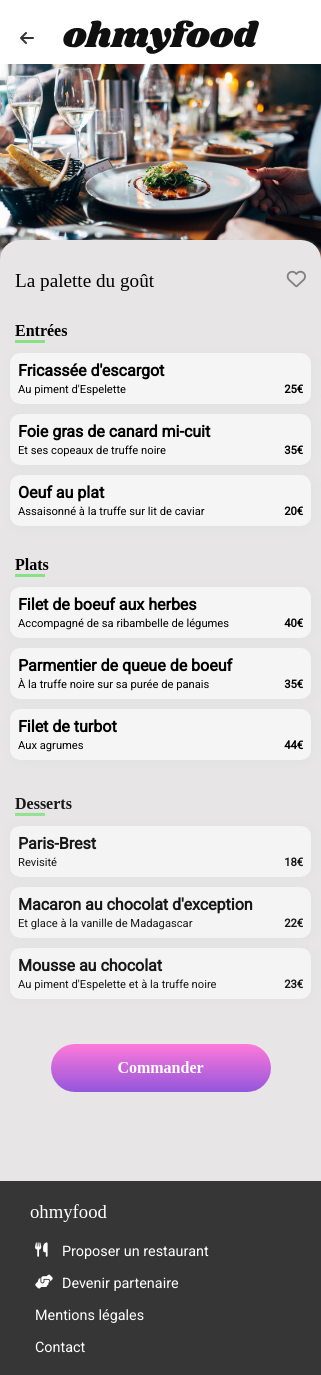
Repository: Micka-17/boimickael_3_16042021
Page: pages/la_palette_du_gout.html
An editor plug-in stored every save of this project. The page is shown before and after the next save, followed by the edit.
The browser window is 321 px wide. The pictures show the whole page.
Some web fonts or font styles are not loaded; a fallback is used. Some web libraries are served in a nearby version. The style sheet was rebuilt from its Sass, Less or Tailwind sources for each picture, by a compiler version that may differ from the author's.

Above is the page before, as saved 2021-05-25 08:36:09.

### pages/la_palette_du_gout.html
<!DOCTYPE html>
<html lang="en">
  <head>
    <meta charset="UTF-8" />
    <meta http-equiv="X-UA-Compatible" content="IE=edge" />
    <meta name="viewport" content="width=device-width, initial-scale=1.0" />
    <link rel="stylesheet" href="../css/style.css" />
    <script
      src="https://kit.fontawesome.com/7f2b024bdc.js"
      crossorigin="anonymous"
    ></script>
    <title>La palette du gout</title>
  </head>
  <body class="p-ellipsis">
    <header>
      <div id="logo">
        <a href="../index.html">
          <i class="fas fa-arrow-left arrow"></i>
        </a>
        <img src="../images/logo/ohmyfood@2x.svg" alt="OhMyFood" />
      </div>
    </header>
    <div>
      <img
        class="img-top"
        src="../images/restaurants/la_palette_du_gout.jpg"
        alt="la_palette_du_gout"
      />
    </div>
    <section id="middle">
      <div id="center">
        <h2 id="margtitle">
          La palette du goût <i class="far fa-heart loves1"></i
          ><i class="fas fa-heart loves2"></i>
        </h2>
        <div id="entrees">
          <h4 class="titlemargall">Entrées</h4>
          <div class="responsive">
            <div class="entrees">
              <div class="spacediv">
                <p class="bold">Fricassée d'escargot</p>
                <p>Au piment d'Espelette</p>
              </div>
              <div class="align-price">
                <p class="bolder">25€</p>
              </div>
              <div class="check">
                <div class="rotation">
                  <i class="fas fa-check-circle rond"></i>
                </div>
              </div>
            </div>
            <div class="entrees">
              <div class="spacediv">
                <p class="bold">Foie gras de canard mi-cuit</p>
                <p>Et ses copeaux de truffe noire</p>
              </div>
              <div class="align-price">
                <p class="bolder">35€</p>
              </div>
              <div class="check">
                <div class="rotation">
                  <i class="fas fa-check-circle rond"></i>
                </div>
              </div>
            </div>
            <div class="entrees">
              <div class="spacediv">
                <p class="bold">Oeuf au plat</p>
                <p>Assaisonné à la truffe sur lit de caviar</p>
              </div>
              <div class="align-price">
                <p class="bolder">20€</p>
              </div>
              <div class="check">
                <div class="rotation">
                  <i class="fas fa-check-circle rond"></i>
                </div>
              </div>
            </div>
          </div>
        </div>
        <div id="plats">
          <h4 class="titlemargall">Plats</h4>
          <div class="responsive">
            <div class="plats">
              <div class="spacediv">
                <p class="bold">Filet de boeuf aux herbes</p>
                <p>Accompagné de sa ribambelle de légumes</p>
              </div>
              <div class="align-price">
                <p class="bolder">40€</p>
              </div>
              <div class="check">
                <div class="rotation">
                  <i class="fas fa-check-circle rond"></i>
                </div>
              </div>
            </div>
            <div class="plats">
              <div class="spacediv">
                <p class="bold">Parmentier de queue de boeuf</p>
                <p>À la truffe noire sur sa purée de panais</p>
              </div>
              <div class="align-price">
                <p class="bolder">35€</p>
              </div>
              <div class="check">
                <div class="rotation">
                  <i class="fas fa-check-circle rond"></i>
                </div>
              </div>
            </div>
            <div class="plats">
              <div class="spacediv">
                <p class="bold">Filet de turbot</p>
                <p>Aux agrumes</p>
              </div>
              <div class="align-price">
                <p class="bolder">44€</p>
              </div>
              <div class="check">
                <div class="rotation">
                  <i class="fas fa-check-circle rond"></i>
                </div>
              </div>
            </div>
          </div>
        </div>
        <div id="desserts">
          <h4 class="titlemargall">Desserts</h4>
          <div class="responsive">
            <div class="desserts">
              <div class="spacediv">
                <p class="bold">Paris-Brest</p>
                <p>Revisité</p>
              </div>
              <div class="align-price">
                <p class="bolder">18€</p>
              </div>
              <div class="check">
                <div class="rotation">
                  <i class="fas fa-check-circle rond"></i>
                </div>
              </div>
            </div>
            <div class="desserts">
              <div class="spacediv">
                <p class="bold">Macaron au chocolat d'exception</p>
                <p>Et glace à la vanille de Madagascar</p>
              </div>
              <div class="align-price">
                <p class="bolder">22€</p>
              </div>
              <div class="check">
                <div class="rotation">
                  <i class="fas fa-check-circle rond"></i>
                </div>
              </div>
            </div>
            <div class="desserts">
              <div class="spacediv">
                <p class="bold">Mousse au chocolat</p>
                <p>Au piment d'Espelette et à la truffe noire</p>
              </div>
              <div class="align-price">
                <p class="bolder">23€</p>
              </div>
              <div class="check">
                <div class="rotation">
                  <i class="fas fa-check-circle rond"></i>
                </div>
              </div>
            </div>
          </div>
        </div>
        <div id="placement-btn">
          <a href="#" id="btnp2">Commander</a>
        </div>
      </div>
    </section>
    <section class="end1">
      <footer>
        <div class="end-ul">
          <h3 id="logo-white">ohmyfood</h3>
          <ul>
            <li>
              <i class="fas fa-utensils icon-footer"></i> Proposer un restaurant
            </li>
            <li>
              <i class="fas fa-hands-helping icon-footer"></i> Devenir
              partenaire
            </li>
            <li>Mentions légales</li>
            <a id="contact" href="mailto:contact@ohmyfood.com"><li>Contact</li></a>
          </ul>
        </div>
      </footer>
    </section>
  </body>
</html>

### sass/style.scss
@import "./directories/Utils/variables-mixin";
@import "./directories/Base/main.scss";



ul {
    font-family: 'Roboto', sans-serif;
    font-size: 0.9em;
    @media (min-width: 430px) {
        max-width: 450px;
    }
        @media (min-width: 1000px) {
            display: flex;
            min-width: 100%;
        }
}

#backgroundloader {
    position: absolute;
    top: 0;
    left: 0;
    background-color: $color3;
    min-width: 100%;
    height: 100vh;
    animation: loader2 5s;
    animation-fill-mode: both;
  }
#loader {
    position: absolute;
    height: 70px;
    top: 50%;
    right: 50%;
    bottom: 50%;
    left: 50%;
    width: 64px;
    height: 64px;
    border-radius: 50%;
    border: 6px solid rgb(255, 255, 255);
    border-color: $color1 transparent $color2 transparent;
    animation: lds-dual-ring 0.8s infinite, loader 5s;
    animation-delay: 0.2s;
    animation-fill-mode: both;
  }

#contact {
    color: white;
}

.spacediv p {
    font-family: 'Roboto', sans-serif;
    text-overflow: ellipsis;
    overflow: hidden;
    white-space: nowrap;
}

#logo {
    display: flex;
    justify-content: center;
    margin-top: 20px;
    margin-bottom: 10px;
}

#paris {
    display: flex;
    justify-content: center;
    border-top: solid 3px rgba(128, 128, 128, 0.301);
    min-width: 321px;
    padding-top: 10px;
    padding-bottom: 10px;
    background-color: rgba(128, 128, 128, 0.212);
        .icon {
            margin-right: 10px;
        }
}

#reservation {
    display: flex;
    justify-content: center;
    flex-direction: column;
    place-items: center;
    background-color: rgb(238, 234, 234);
    padding-bottom: 45px;
        #btn {
            @include btn();
                &:hover {
                    filter: brightness(1.10);
                    box-shadow: 0px 0px 10px 5px gray;
                }
        }
}

#center-top1 {
    text-align: center;
    margin-top: 20px;
    max-width: 350px;
}

#center-top2 {
    margin-top: 20px;
    margin-bottom: 20px;
    text-align: center;
    max-width: 350px;
}


.icon-top {
    color: gray;
    margin-right: 15px;
    margin-left: 10px;
}

.icon-top-purple {
    color: $color1;
    margin-right: 15px;
    margin-left: 10px;
}

#li-3 {
    background-color: #9256dc36;
}

li {
    background-color: #ffffff;
    border-radius: 10px;
    padding: 18px;
    margin: 18px;
    margin-left: 25px;
    box-shadow: 1px 1px 10px 1px rgb(151, 145, 145);
        #number1 {
            position: absolute;
            top: 462px;
            left: 10px;
            background-color: $color1;
            border-radius: 50px;
            padding: 6px 10px;
            font-size: 0.8em;
            color: white;
                @media (min-width: 1000px) {
                    top: 472px;
                    left: 10px;
                }
        }
            #number2 {
                position: absolute;
                top: 534px;
                left: 10px;
                background-color: $color1;
                border-radius: 50px;
                padding: 6px 10px;
                font-size: 0.8em;
                color: white;
                    @media (min-width: 1000px) {
                        top: 472px;
                        left: 285px;
                    }
            }
                #number3 {
                    position: absolute;
                    top: 607px;
                    left: 10px;
                    background-color: $color1;
                    border-radius: 50px;
                    padding: 6px 10px;
                    font-size: 0.8em;
                    color: white;
                        @media (min-width: 1000px) {
                            top: 472px;
                            left: 553px;
                        }
                }
}

.card {
    background-color: #ffffff;
    border-radius: 10px;
    padding: 0px;
    margin: 8px;
    box-shadow: 1px 1px 10px 1px rgb(151, 145, 145);
        @media (min-width: 375px) {
            min-width: 350px;
        }
}

.imga {
    object-fit: cover;
    border-radius: 10px 10px 0px 0px;
    min-width: 280px;
    max-height: 140px;
    min-height: 140px;
    @media (min-width: 375px) {
        min-width: 100%;
    }
    @media (min-width: 414px) {
        min-width: 100%;
    }
}
.card {
    position: relative;
}
.nouveau {
    position: absolute;
    padding: 0.7rem;
    border-radius: 0.25rem;
    color: darkgreen;
    font-weight: bold;
    right: 10px;
    top: 10px;
    background-color: #99e2d0;
}

.h3s {
    margin: 40px 0px 10px 20px;

}

.choice {
    display: flex;
    flex-direction: column;
    place-items: center;
        .resto {
            display: flex;
            justify-content: space-between;
            align-items: center;
            margin: 10px;
        }
            @media (min-width: 630px) {
                flex-wrap: wrap;
                flex-direction: row;
                justify-content: center;
            }
}


footer {
    margin-top: 30px;
    padding: 10px;
    background-color: rgb(54, 54, 54);
    color: white;
        #logo-white {
            font-family: 'Shrikhand', cursive;
            font-weight: 300;
            margin-bottom: 15px;
            margin-left: 20px;
            margin-top: 10px;
        }
            li {
                background-color: transparent;
                border-radius: 0;
                padding: 5px;
                margin-left: 20px;
                box-shadow: none;
                display: flex;
                margin-top: 5px;
                margin-bottom: 5px;
            }
                .icon-footer {
                    max-width: 2px;
                    max-height: 2px;
                    margin-right: 25px;
                }
                    @media (min-width:1000px) {
                        padding: 40px;
                    }
}


//pages 2

.img-top {
    min-width: 100%;
    max-height: 510px;
}

.arrow {
    position: absolute;
    left: 20px;
    top: 30px;
    color: rgba(0, 0, 0, 0.801);
}
#margtitle {
    margin-left: 15px;
    max-width: 220px;
}
img {
    object-fit: cover;
    max-width: 320px;
}
.titlemargall {
    margin-top: 30px;
    margin-left: 15px;
    border-bottom: solid rgba(55, 224, 55, 0.541);
    max-width: 30px;
}
#middle {
    position: absolute;
    top: 240px;
    min-width: 100%;
    min-height: 980px;
    background-color: rgb(231, 229, 229);
    border-radius: 20px 20px 0px 0;
    padding-top: 30px;
     .entrees {
        @include centre();
        @include capsule();
     }
        .bold {
            font-weight: bold;
            font-size: 1em;
        }
        .bolder {
            font-weight: bold;
            font-size: 0.6m;
                @media (min-width: 1000px) {
                    margin: 15px;
                }
        }
            p {
                font-size: 0.7em;
            }
                .loves1 {
                    position: absolute;
                    right: 15px;
                    color: gray
                }
}

.loves2 {
    display: none;
    opacity: 0;
    background: linear-gradient(0deg,#9356dc,#ff79da);
    background-clip: text;
    -webkit-background-clip: text;
    -moz-background-clip: text;
    -webkit-text-fill-color: transparent;
    position: absolute;
    right: 15px;
}
#margtitle:hover .loves2 {
    animation: fadeout;
    opacity: 1;
    animation-duration: .5s;
    display: inline-block;
    justify-content: center;
}

.loves3 {
    display: none;
    opacity: 0;
    background: linear-gradient(0deg,#9356dc,#ff79da);
    background-clip: text;
    -webkit-background-clip: text;
    -moz-background-clip: text;
    -webkit-text-fill-color: transparent;
    position: absolute;
    right: 8px;
    bottom: 18px;
}
.loveclcik:hover .loves3 {
    animation: fadeout2;
    opacity: 1;
    animation-duration: .5s;
    display: inline-block;
    justify-content: center;
    font-size: 1.5em;
}

#entrees {
    animation: slideup 1s;
    animation-duration: 1s;
}
#plats {
    animation: slideup 1s;
    animation-duration: 5s;
}
#desserts {
    animation: slideup 1s;
    animation-duration: 8s;
}


.entrees, .plats, .desserts {
    cursor: pointer;
        @media (max-width:321px) {
            max-width: 200px;
        }
        @media (max-width:378px) {
            max-width: 100%;
        }
        @media (max-width:414px) {
            max-width: 100%;
        }
        @media (min-width: 1000px) {
            min-width: 30%;
            min-height: 90px;
            width: 100%;
        }
}

.spacediv {
    width: 100%;
    overflow: hidden;
    @include spacediv();
        @media (min-width: 1000px) {
            justify-content: space-evenly;
        }
}
.plats {
    @include capsule();
    @include centre();
}
.desserts {
    @include capsule();
    @include centre();
}

.responsive {
    @media (min-width: 1000px) {
        display: flex;
        justify-content: center;
    }
}

.responsive-entrees {
    @media (min-width: 1000px) {
        display: flex;
        justify-content: center;
        flex-wrap: wrap;
    }
}

#btnp2 {
    @include btn();
    margin-top: 40px;
        &:hover {
            filter: brightness(1.10);
            box-shadow: 0px 0px 10px 5px gray;
        }
         @media (min-width: 1000px) {
            margin-top: 150px;
         }
}

#placement-btn {
    display: flex;
    justify-content: center;
    place-items: center;
}

.end1 {
    position: absolute;
    top: 1151px;
    min-width: 100%;
}

//page la note enchantee

 .align-price{
    display: flex;
    align-items: flex-end;
    margin-bottom: 8px;
    margin-right: 8px;
}

.check {
    width: 0px;
    transition-duration: 1s;
    font-size: 1.5em;
     & i {
        display: none;
        place-items: center;
        color: white;
     }
}

.entrees:hover .check {
    width: 90px;
    height: 51px;
    background-color: $color3;
    display: flex;
    justify-content: center;
    border-radius: 0 20% 20% 0;
        @media (max-width: 1000px) {
            width: 65px;
        }
            & .rotation {
                display: flex;
                place-items: center;
            }
                & .rond {
                    display: flex;
                    place-items: center;
                    transform-origin: center;
                    animation: spin;
                    animation-duration: 1s;
                }
                    @media (min-width: 1000px) {
                        height: 90px;
                        border-radius: 0 10% 10% 0;
                    }
}


.plats:hover .check {
    width: 90px;
    height: 51px;
    background-color: $color3;
    display: flex;
    justify-content: center;
    border-radius: 0 20% 20% 0;
        @media (max-width: 1000px) {
            width: 65px;
        }
            & .rotation {
                display: flex;
                place-items: center;
            }
                & .rond {
                    display: flex;
                    place-items: center;
                    transform-origin: center;
                    animation: spin;
                    animation-duration: 1s;
                }
                    @media (min-width: 1000px) {
                        height: 90px;
                        border-radius: 0 10% 10% 0;
                    }
}

.desserts:hover .check {
    width: 90px;
    height: 51px;
    background-color: $color3;
    display: flex;
    justify-content: center;
    border-radius: 0 20% 20% 0;
        @media (max-width: 1000px) {
            width: 65px;
        }
            & .rotation {
                display: flex;
                place-items: center;
            }
                & .rond {
                    display: flex;
                    place-items: center;
                    transform-origin: center;
                    animation: spin;
                    animation-duration: 1s;
                }
                    @media (min-width: 1000px) {
                        height: 90px;
                        border-radius: 0 10% 10% 0;
                    }
}

### sass/directories/Utils/_variables-mixin.scss
$color1: #9356DC;
$color2: #FF79DA;
$color3: #99E2D0;

@mixin centre {
    display: flex;
    justify-content: space-between;
}

@mixin capsule {
    background-color: whitesmoke;
    border-radius: 10px;
    box-shadow: 1px 1px 10px 1px rgb(226, 226, 226);
    margin: 10px;
    overflow: hidden;
}
 @mixin spacediv {
    min-height: 35px;
    display: flex;
    flex-direction: column;
    justify-content: space-between;
    padding: 8px;
 }
@mixin btn {
    background: linear-gradient($color2, $color1);
    border-radius: 50px;
    border: none;
    box-shadow: gray;
    color: white;
    font-weight: bold;
    max-width: 200px;
    min-width: 200px;
    margin-top: 15px;
    padding: 15px 10px;
    text-align: center;
    text-decoration: none
}

@keyframes fadein {
    from {
        transform: scaleX(0);
    }

    to {
        transform: scaleX(1);
    }
}

@keyframes fadeout {
    from {
        transform: scaleY(0);
    }

    to {
        transform: scaleY(1);
    }
}
@keyframes fadeout2 {
    from {
        transform: scale(0);
    }

    to {
        transform: scale(1.5);
    }
}

@keyframes spin {
    from {
        transform: rotate(0deg);
    } to {
        transform: rotate(360deg);
    }
}

@keyframes slideup {
    from {
        transform: translateY(50px);
        opacity: 0;
    }
    to {
        transform: translateY(0px);
        opacity: 1;
    }
}


 @keyframes lds-dual-ring {
    0% {
      transform: rotate(0deg);
    }
    50% {
        transform: rotate(180deg);
        opacity: 10%;
      }
    100% {
      transform: rotate(360deg);
    }
  }

@keyframes loader {
    0% {
    opacity: 100%;
    }
    99% {
        opacity: 100%;
    }
    100% {
        opacity: 100%;
        z-index: -1000;
    }
}

@keyframes loader2 {
    0% {
    opacity: 100%;
    z-index: 9999;
    }
    99% {
        opacity: 0;
        z-index: -1000;
    }
    100% {
        opacity: 0;
        z-index: -1000;
    }
}

### sass/directories/Base/main.scss
@import url('https://fonts.googleapis.com/css2?family=Roboto&family=Shrikhand&display=swap');

* {
    margin: 0;
    padding: 0;
    text-decoration: none;
    list-style-type: none;
}
#margtitle {
    font-family: Shrikhand;
    font-weight: 100;
    font-size: 1.2em;
}
p {
    font-family: 'Roboto', sans-serif;
}
a {
    text-decoration: none;
    list-style: none;
    color: rgb(0, 0, 0);
}

After the next save:
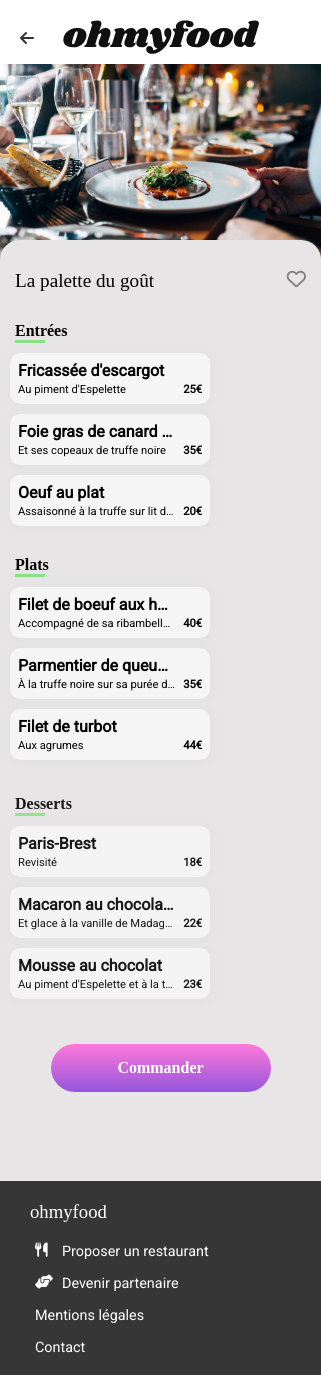
Saved 13 s later.
--- a/sass/style.scss
+++ b/sass/style.scss
@@ -381,7 +381,7 @@
 .entrees, .plats, .desserts {
     cursor: pointer;
         @media (max-width:321px) {
-            max-width: 200px;
+            width: 200px;
         }
         @media (max-width:378px) {
             max-width: 100%;

After the save that followed:
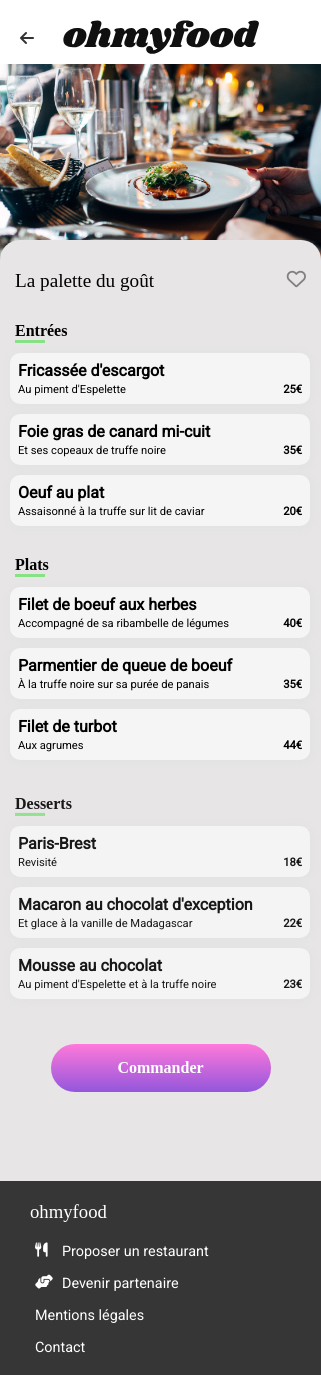
Saved 6 s later.
--- a/sass/style.scss
+++ b/sass/style.scss
@@ -381,7 +381,7 @@
 .entrees, .plats, .desserts {
     cursor: pointer;
         @media (max-width:321px) {
-            width: 200px;
+            width: 300px;
         }
         @media (max-width:378px) {
             max-width: 100%;
